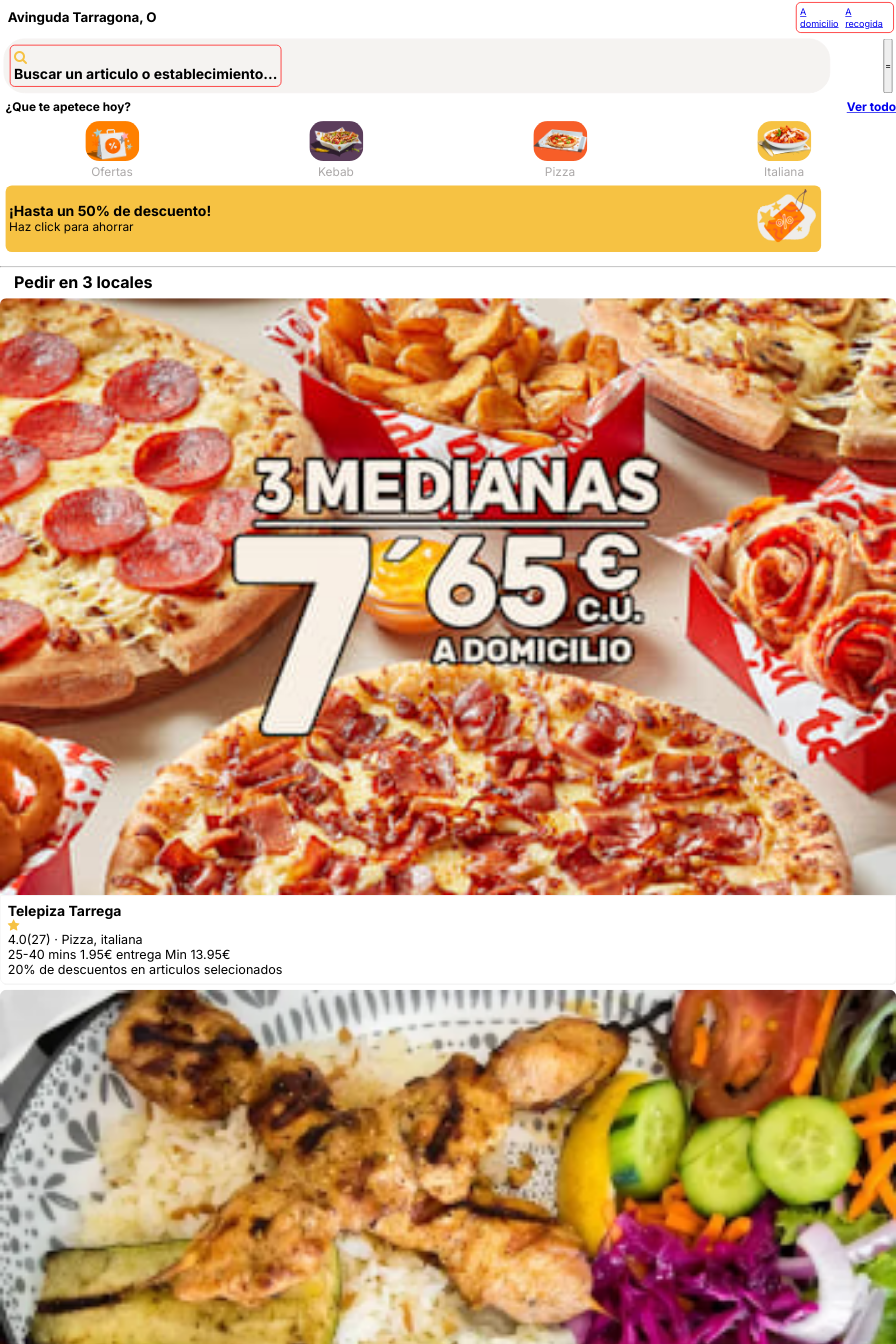
Repository: Srpinedaa/justEat
Page: index.html
The author's editor kept a copy of each file at every save. The page is drawn from the files as they stood at one save, then again after the next save.
The browser window is 1280 px wide. The pictures show the part of the page from y = 0 to 1920 px (the page is 2896 px tall before and 2862 px after), at 70% of full size.

Above is the page before, as saved 2024-10-09 16:24:50.

After the next save:
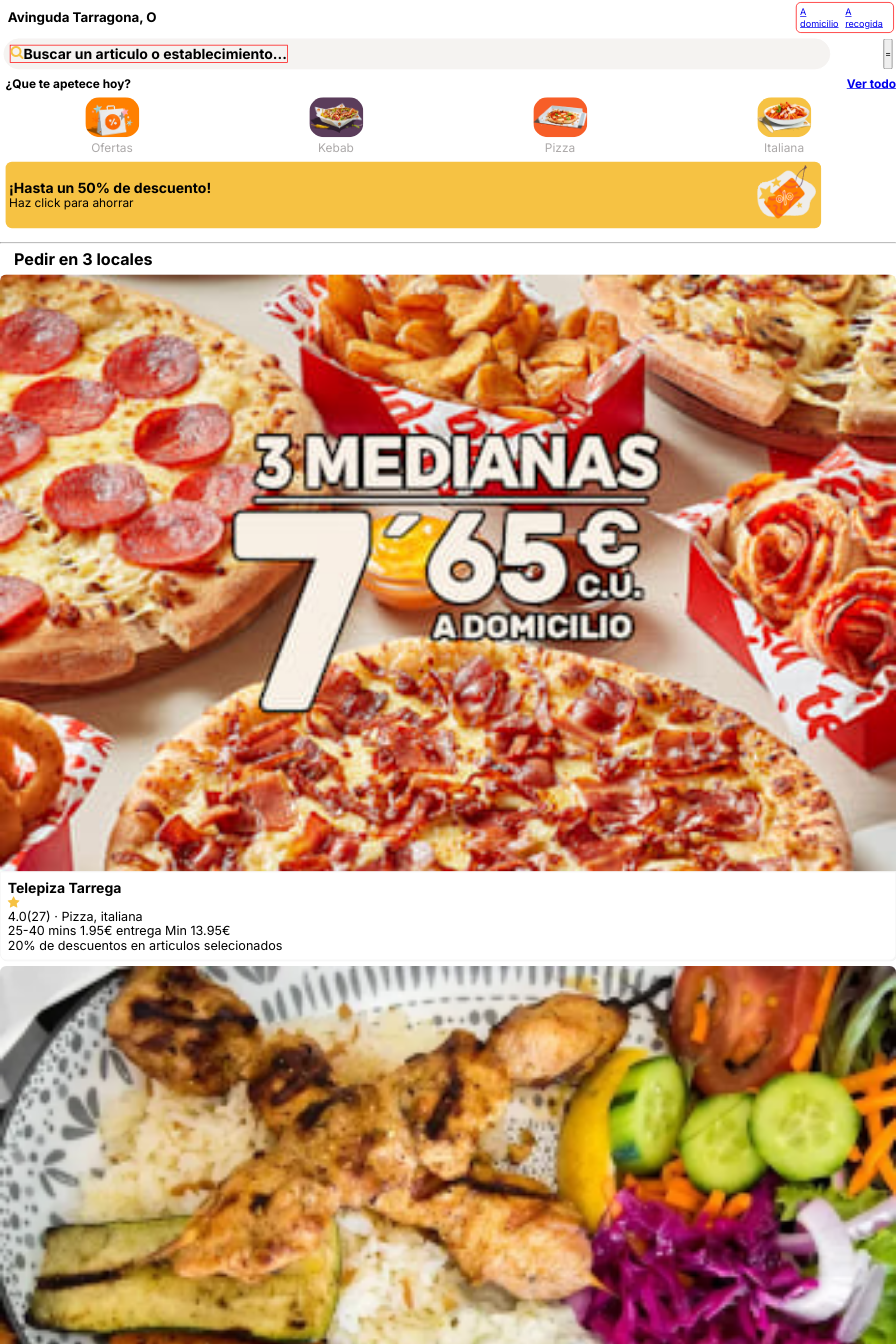
Saved 8 s later.
--- a/css/estilos.css
+++ b/css/estilos.css
@@ -59,8 +59,8 @@
 
 .buscador{
     border: 1px solid red;
-    border-radius: 7px;
-    padding: 5px;
+   display: flex;
+
 }
 
 
